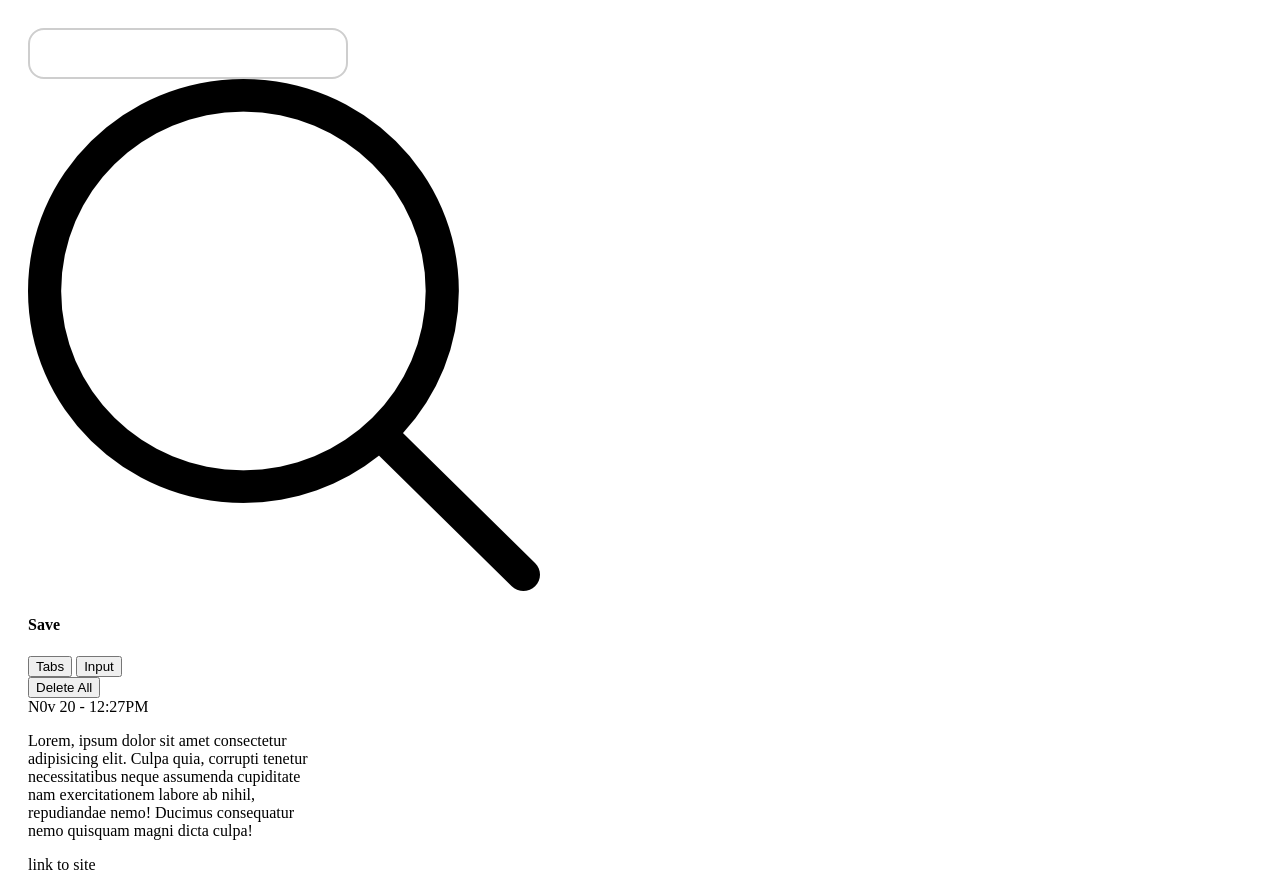
Repository: IdowuMicheal-1/Text-Tab-Organizer
Page: popup.html
The author's editor kept a copy of each file at every save. The page is drawn from the files as they stood at one save, then again after a run of saves.
The browser window is 1280 px wide. The pictures show the whole page.

Above is the page before, as saved 2025-05-14 09:59:20.

### popup.html
<!DOCTYPE html>
<html lang="en">
  <head>
    <meta charset="UTF-8" />
    <meta name="viewport" content="width=device-width, initial-scale=1.0" />
    <link rel="stylesheet" href="./popup.css" />
    <title>Tabs</title>
  </head>
  <body>
    <div>
        <div class="input-div">
      <input type="text" class="text-ipt"/>
      <img src="./assets/search.png" class="search-icon"/>
      </div>
      <div>
        <div>
          <h4>Save</h4>
          <button>Tabs</button>
          <button>Input</button>
        </div>
        <button>Delete All</button>
      </div>
      <div>
        <div>N0v 20 - 12:27PM</div>

        <p>
          Lorem, ipsum dolor sit amet consectetur adipisicing elit. Culpa quia,
          corrupti tenetur necessitatibus neque assumenda cupiditate nam
          exercitationem labore ab nihil, repudiandae nemo! Ducimus consequatur
          nemo quisquam magni dicta culpa!
        </p>
        <p>link to site</p>
      </div>
    </div>
    <script src="./popup.js"></script>
  </body>
</html>

### popup.css
body {
  width: 300px;
  padding: 20px;
  height: 100px;
  min-height: 100px;
}

.input-div{
    position: relative;
}

.search-icon{
    posi
}

.text-ipt{
    width: 100%;
    border-radius: 16px;
    padding: 16px 8px;
    border: 2px solid rgb(206, 206, 206);
}

Loaded but not shown: popup.js (no copy from this time; the picture is the same without it)

After the next 2 saves:
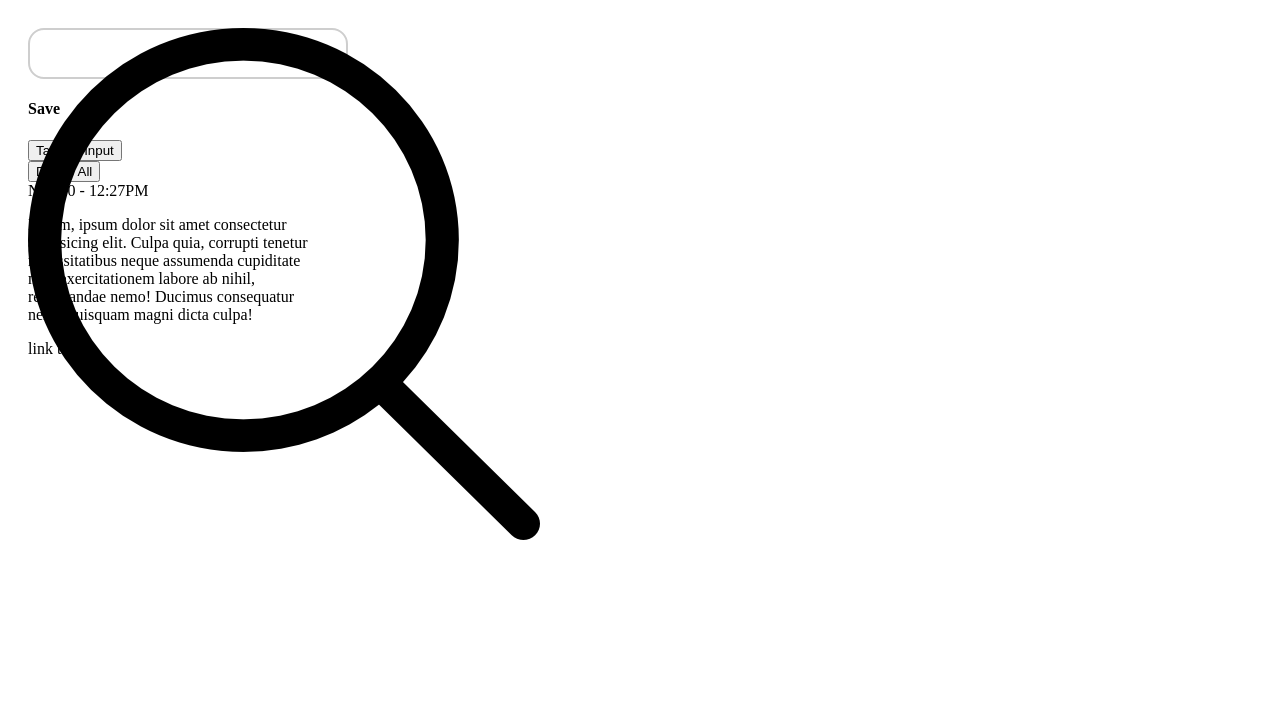
The 2 saves are shown as one change because they came seconds apart.
The last was saved 9 s later.
--- a/popup.css
+++ b/popup.css
@@ -10,7 +10,9 @@ body {
 }
 
 .search-icon{
-    posi
+    position: absolute;
+    top: 0;
+    left: ;
 }
 
 .text-ipt{
